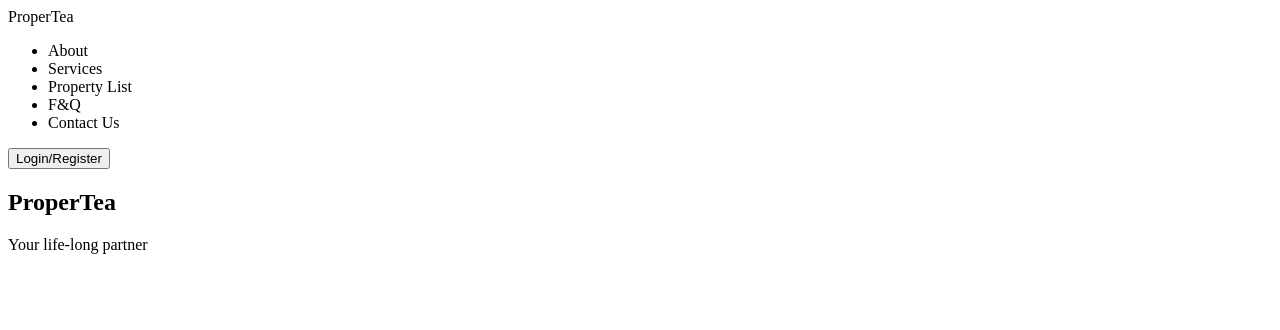
Repository: jijip41/Creating-website-1
Page: portfolio/index.html
These files come from the project's save history. The page is drawn as it stood at one moment and after the next save; the edit follows.
The browser window is 1280 px wide. The pictures show the whole page.

Above is the page before, as saved 2021-02-05 22:06:44.

After the next save:
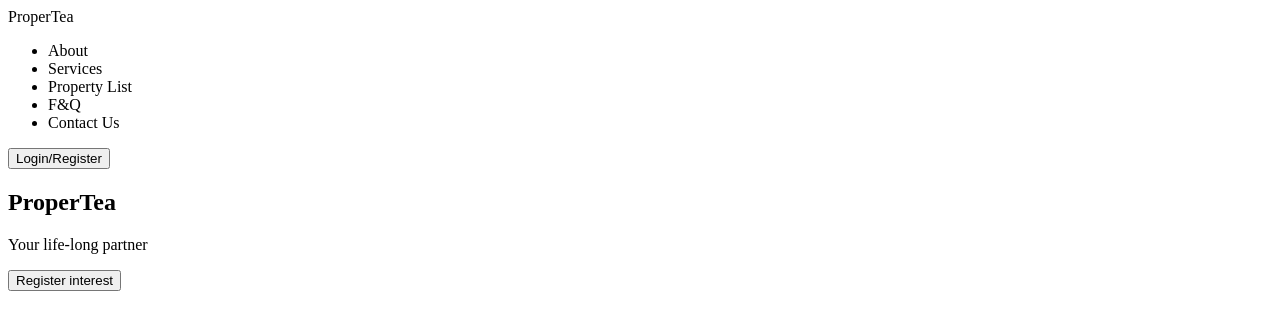
Saved 26 s later.
--- a/portfolio/index.html
+++ b/portfolio/index.html
@@ -26,6 +26,7 @@
     <section>
       <h1>ProperTea</h1>
       <p>Your life-long partner</p>
+      <button>Register interest</button>
     </section>
   </body>
 </html>
